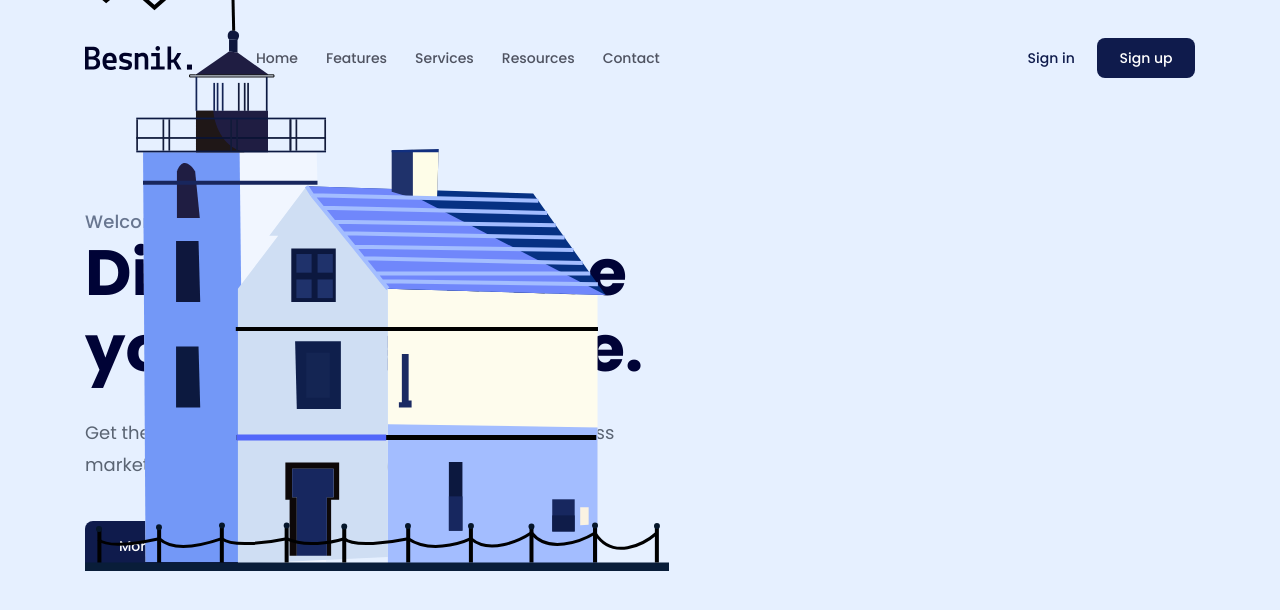
Repository: vancong171001/f8-html-css-01
Page: index.html
The author's editor kept a copy of each file at every save. The page is drawn from the files as they stood at one save, then again after the next save.
The browser window is 1280 px wide. The pictures show the whole page.

Above is the page before, as saved 2025-02-18 17:28:11.

After the next save:
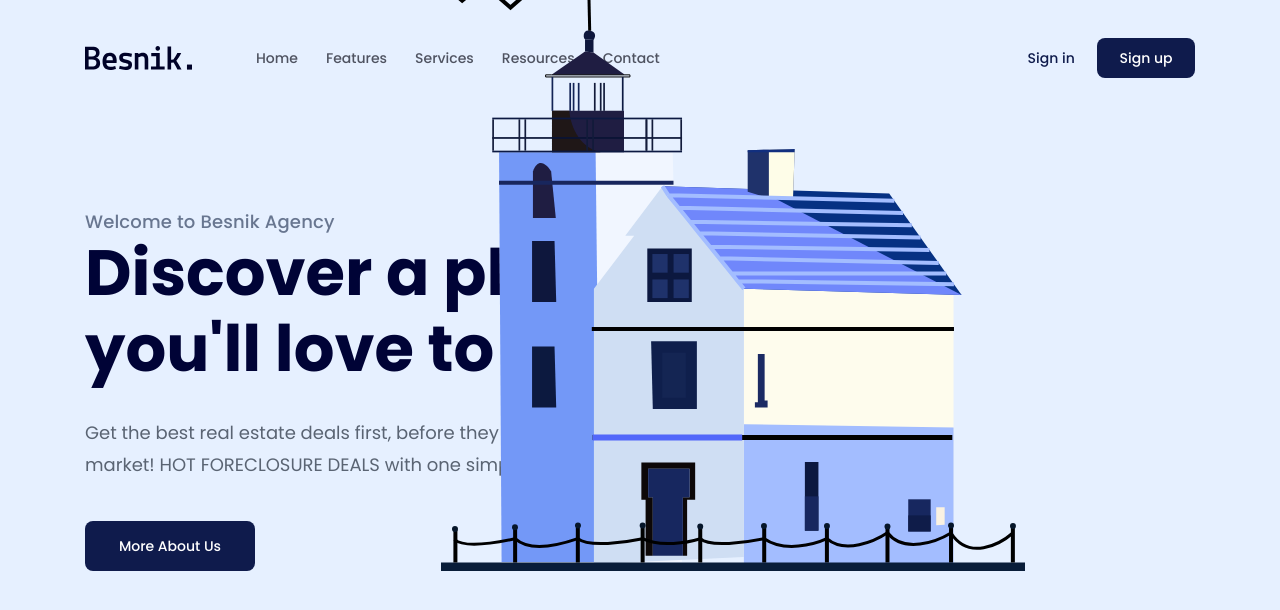
Saved 4 s later.
--- a/assets/css/styles.css
+++ b/assets/css/styles.css
@@ -125,6 +125,6 @@
 
 .hero-img {
   position: absolute;
-  right: calc(100vw - );
+  right: calc(100vw - 1110px);
   bottom: 0;
 }
